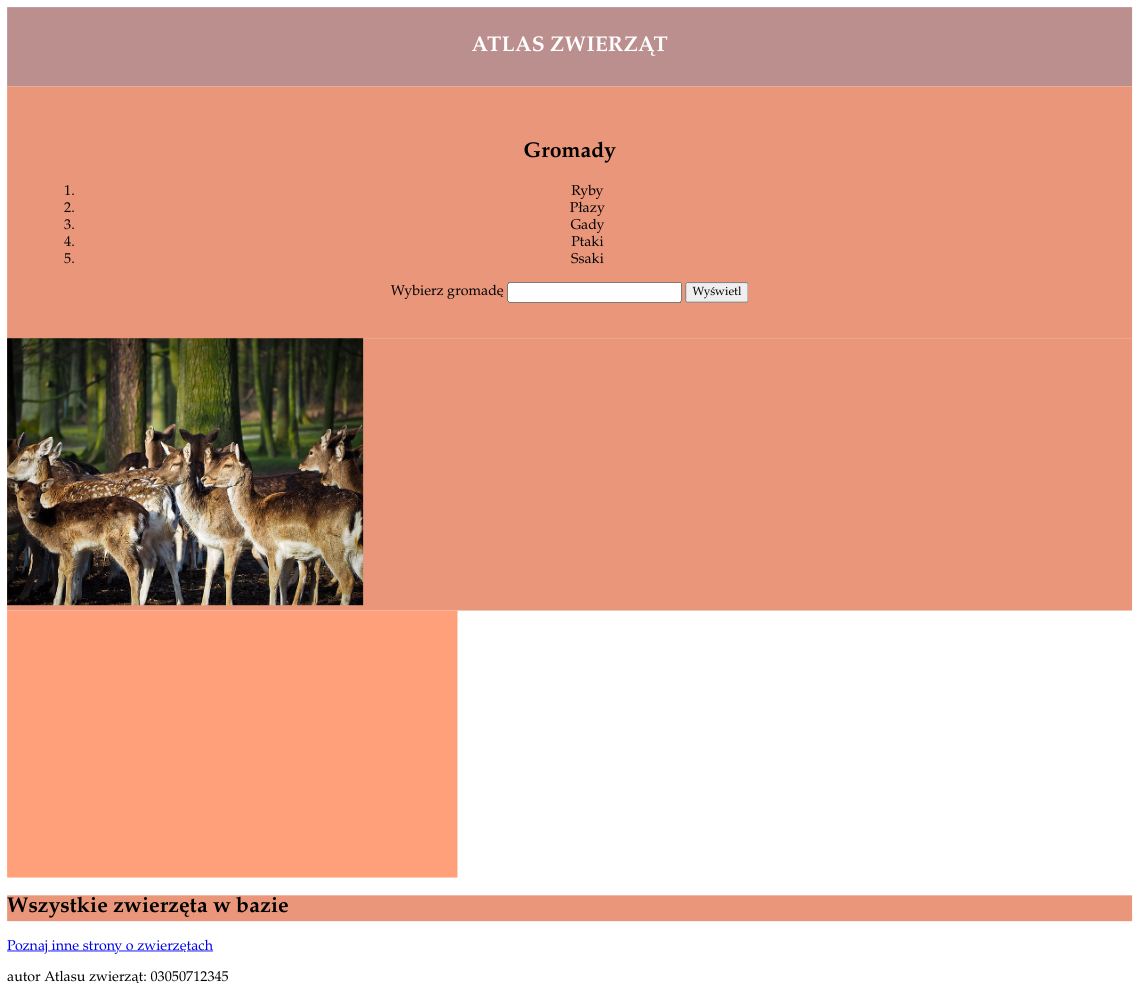
Repository: Lenerystia/HTML
Page: Zad.egz_3/index.html
The author's editor kept a copy of each file at every save. The page is drawn from the files as they stood at one save, then again after the next save.
The browser window is 1280 px wide. The pictures show the whole page, at 89% of full size.

Above is the page before, as saved 2021-12-22 13:49:22.

### Zad.egz_3/index.html
<!DOCTYPE html>
<head>
    <meta http-equiv="content-type" type="text/html" charset="UTF-8">
    <title>Dane o zwierzętach</title>
    <link rel="stylesheet" href="styl3.css">
</head>
<body>
    <section class="baner">
        <h1>ATLAS ZWIERZĄT</h1>
    </section>
    <section class="formularz">
        <h2>Gromady</h2>
        <ol>
            <li>Ryby</li>
            <li>Płazy</li>
            <li>Gady</li>
            <li>Ptaki</li>
            <li>Ssaki</li>
        </ol>
        <form action="http://www.przykładowastrona.com" method="post">Wybierz gromadę
            <input type="number" name="Wybierz gromadę" id="gromada">
            <input type="submit" value="Wyświetl">
        </form>
    </section>
    <section class="glownyLewy">
        <img src="zwierzeta.jpg" alt="dzikie zwierzęta">
    </section>
    <section class="glownySrodkowy">

    </section>
    <section class="glownyPrawy">
        <h2>Wszystkie zwierzęta w bazie</h2>
    </section>
    <section class="stopka">
        <a href="atlas-zwierzat.pl" target="_blank">Poznaj inne strony o zwierzętach</a>
        <p>autor Atlasu zwierząt: 03050712345</p>
    </section>
</body>
</html>

### Zad.egz_3/styl3.css
*{
    font-family: Garamond;
}
.baner{
    background-color: rosybrown;
    color: white;
    text-align: center;
    padding: 10px;
}
.formularz{
    background-color: darksalmon;
    text-align: center;
    padding: 40px;
}
.glownyLewy, .glownyPrawy{
    background-color: darksalmon;
}
.glownySrodkowy{
    background-color: lightsalmon;
    height: 300px;
    width: 40%;
}

After the next save:
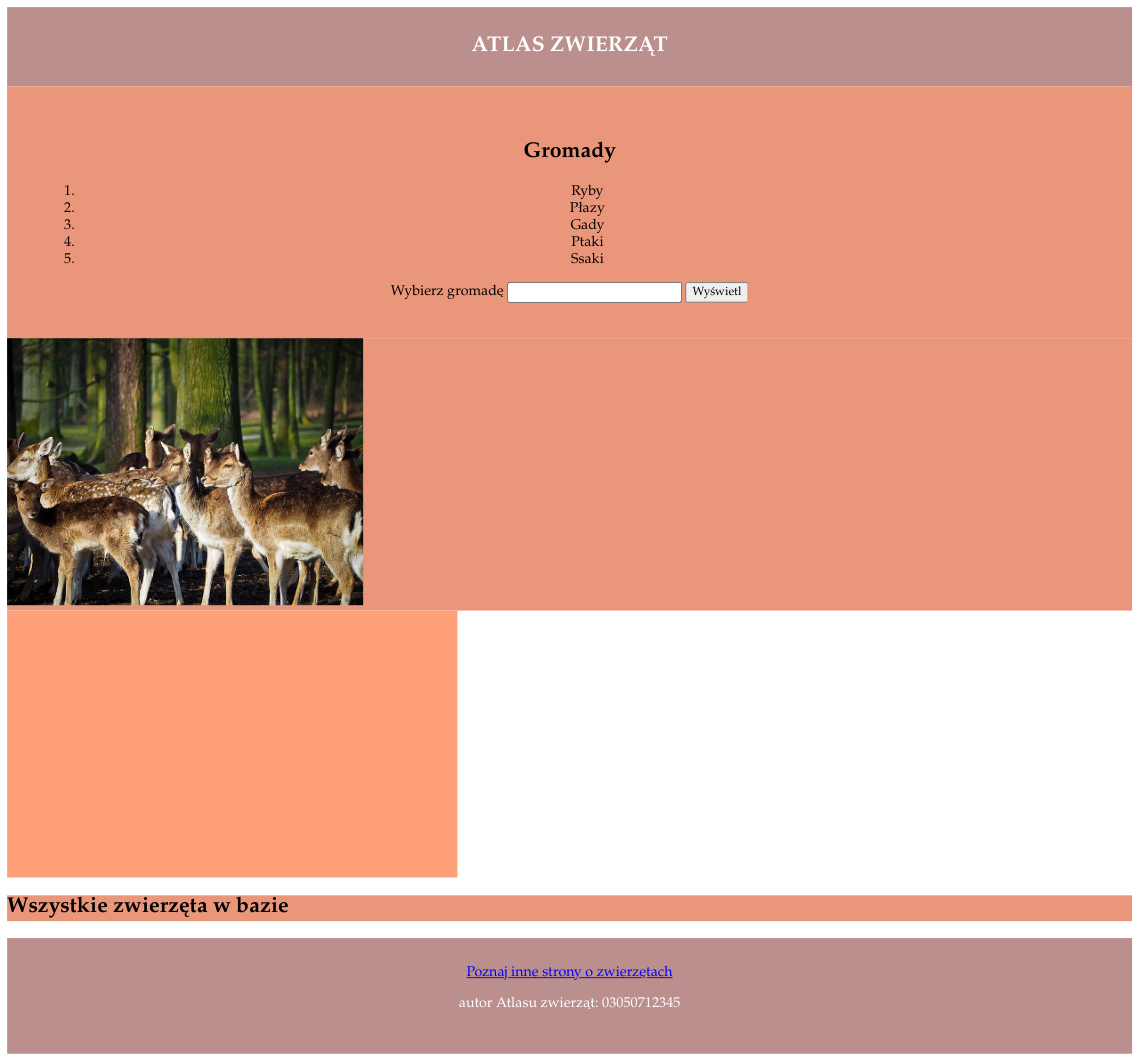
Saved 86 s later.
--- a/Zad.egz_3/styl3.css
+++ b/Zad.egz_3/styl3.css
@@ -20,3 +20,9 @@
     height: 300px;
     width: 40%;
 }
+.stopka{
+    background-color: rosybrown;
+    color: white;
+    text-align: center;
+    padding: 30px;
+}
